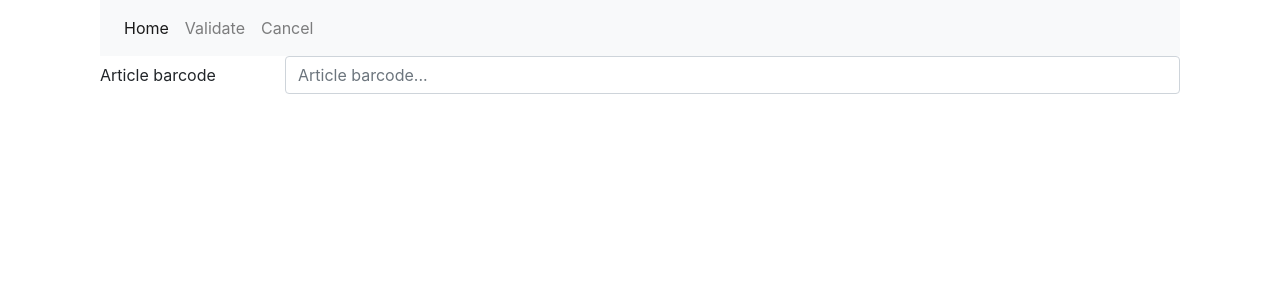
Repository: anischali/StockMangerJeeSwing
Page: http://localhost/GestStock/OrderServlet
The author's editor kept a copy of each file at every save. The page is drawn from the files as they stood at one save, then again after the next save.
The browser window is 1280 px wide. The pictures show the whole page.
The page is served by Tomcat 9. Other server files are loaded and not shown.

Above is the page before, as saved 2019-04-27 20:59:29.

### Jee/GestStock/WebContent/WEB-INF/order.jsp
<%@ page language="java" contentType="text/html; charset=UTF-8"
    pageEncoding="UTF-8"%>
<!DOCTYPE html>
<html>
<head>

	<meta charset="UTF-8">
	<style><%@include file="/WEB-INF/style/bootstrap.min.css"%></style>
	<title>Order</title>
</head>
<body>
<div class="container">
<div class="container">
<nav class="navbar navbar-expand-lg navbar-light bg-light">
  <div class="collapse navbar-collapse" id="navbarNavAltMarkup">
    <div class="navbar-nav">
      <a class="nav-item nav-link active" href="/GestStock/">Home <span class="sr-only">(current)</span></a>
      <a class="nav-item nav-link" href="/GestStock/validate">Validate</a>
      <a class="nav-item nav-link" href="/GestStock/cancel">Cancel</a>
    </div>
  </div>
</nav>
</div>
<div class="container">
<form method = "post" action ="/stockaddart">
  <div class="form-group row">
    <label for="barcode" class="col-sm-2 col-form-label">Article barcode</label>
    <div class="col-sm-10">
      <input type="text" class="form-control" id="barcode" placeholder="Article barcode...">
    </div>
  </div>

</div>
</div>
</body>
</html>

### Jee/GestStock/WebContent/WEB-INF/libs.jsp
<%@taglib uri="http://java.sun.com/jsp/jstl/core" prefix="c" %>

### Jee/GestStock/src/com/gest/servlets/OrderServlet.java
package com.gest.servlets;

import java.io.IOException;
import javax.servlet.ServletException;
import javax.servlet.annotation.WebServlet;
import javax.servlet.http.HttpServlet;
import javax.servlet.http.HttpServletRequest;
import javax.servlet.http.HttpServletResponse;

/**
 * Servlet implementation class OrderServlet
 */
@WebServlet("/OrderServlet")
public class OrderServlet extends HttpServlet {
	private static final long serialVersionUID = 1L;

    /**
     * @see HttpServlet#HttpServlet()
     */
    public OrderServlet() {
        super();
    }

	/**
	 * @see HttpServlet#doGet(HttpServletRequest request, HttpServletResponse response)
	 */
	protected void doGet(HttpServletRequest request, HttpServletResponse response) throws ServletException, IOException {
		this.getServletContext().getRequestDispatcher("/WEB-INF/order.jsp").forward(request, response);
	}

	/**
	 * @see HttpServlet#doPost(HttpServletRequest request, HttpServletResponse response)
	 */
	protected void doPost(HttpServletRequest request, HttpServletResponse response) throws ServletException, IOException {
		doGet(request, response);
	}

}

Loaded but not shown: Jee/GestStock/WebContent/WEB-INF/style/bootstrap.min.css (library)

After the next save:
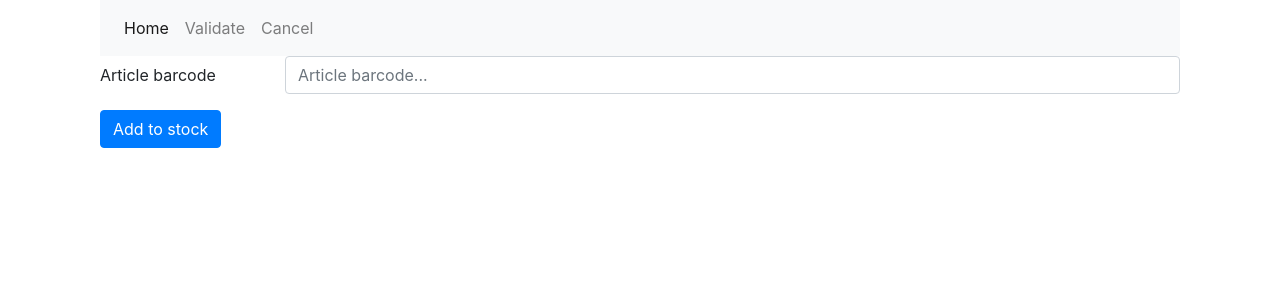
Saved 23 s later.
--- a/Jee/GestStock/WebContent/WEB-INF/order.jsp
+++ b/Jee/GestStock/WebContent/WEB-INF/order.jsp
@@ -29,7 +29,12 @@
       <input type="text" class="form-control" id="barcode" placeholder="Article barcode...">
     </div>
   </div>
-
+    <div class="form-group row">
+    <div class="col-sm-10">
+      <button type="submit" class="btn btn-primary">Add to stock</button>
+    </div>
+  </div>
+</form>
 </div>
 </div>
 </body>
